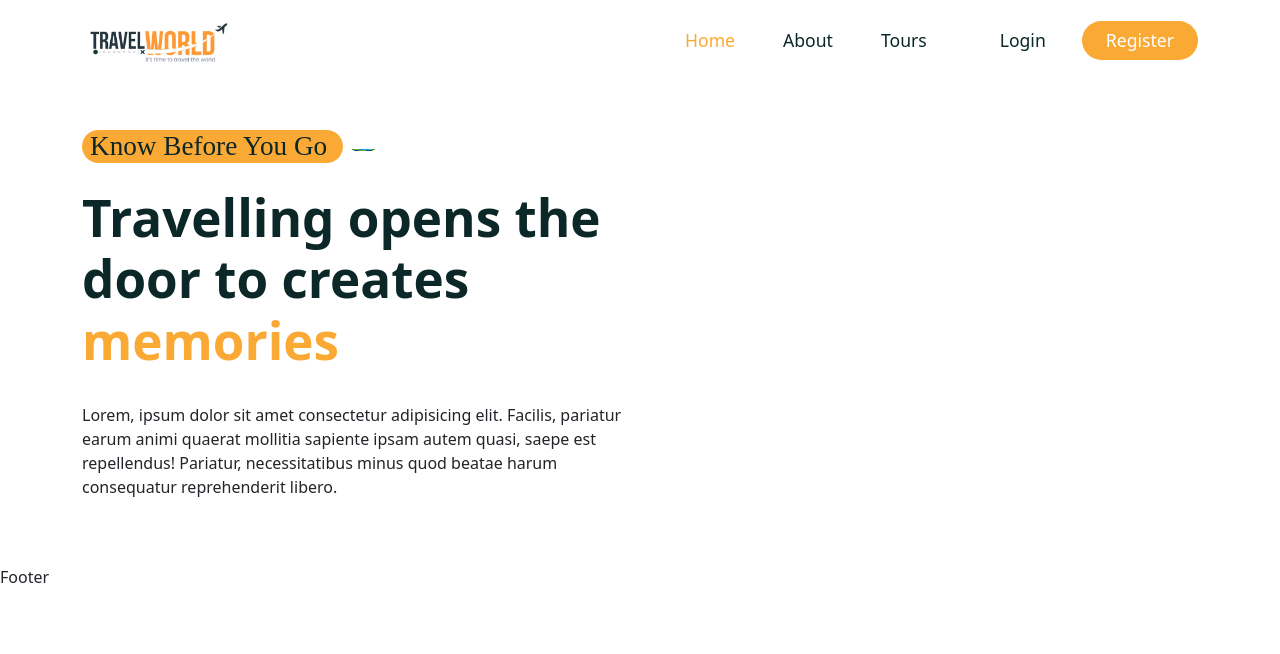
Repository: remydev47/travell-agency
Page: /
These files come from the project's save history. The page is drawn as it stood at one moment and after the next save; the edit follows.
The browser window is 1280 px wide. The pictures show the whole page.
Some web fonts or font styles are not loaded; a fallback is used. The project was rebuilt for these pictures with package versions that can differ from the ones it lists, and the page was loaded fresh each time. Also part of the build but not shown: vite.config.js, src/pages/Login.jsx, src/pages/TourDetails.jsx, src/pages/Tours.jsx, src/pages/SearchResultList.jsx, src/pages/Register.jsx. Imported but missing from the stored project, and not drawn on this page: src/assets/images/hero-video.mp4.

Above is the page before, as saved 2023-01-31 11:54:52.

After the next save:
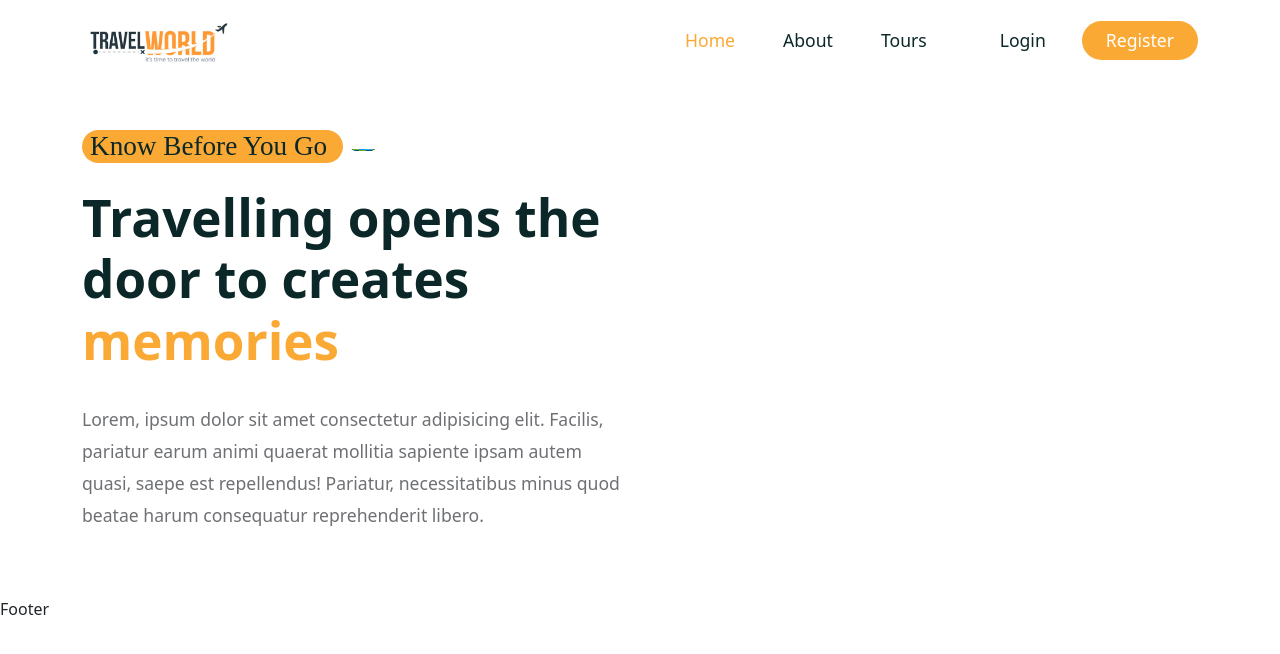
Saved 63 s later.
--- a/src/styles/home.css
+++ b/src/styles/home.css
@@ -14,3 +14,9 @@
 .hero__content h1 .highlight{
     color: var(--secondary-color);
 }
+
+.hero__content p{
+    font-size: 1.1rem;
+    color: var(--text-color);
+    line-height: 2rem;
+}
